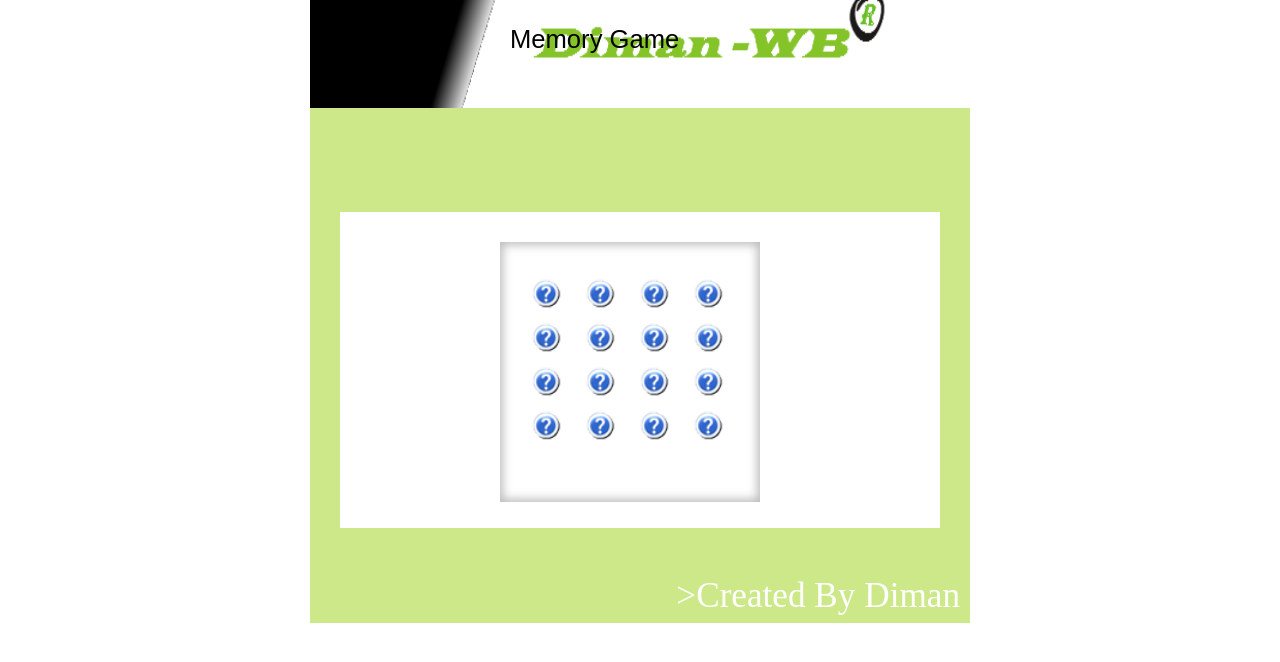
Repository: dn222em/1dv403-laborationer
Page: 3-gameon/index.html
The author's editor kept a record of every edit. The page is drawn from the files as they stood at one moment, then again after the next edit.
The browser window is 1280 px wide. The pictures show the whole page.

Above is the page before.

### 3-gameon/index.html
<!doctype html>
<html lang="sv">
<head>

        <meta charset="utf-8">
        <title>Game On</title>
        <link rel="stylesheet" href="style.css" />
        <!--<script type="text/javascript" src="memory/script/random.js"></script>-->
        <script type="text/javascript" src="memory/script/MemoryBoard.js"></script>

</head>
<body>
    <div id="container">
        <header>
			<h1>Memory Game</h1>
		</header>
    <main id="main">
        <div id="memoryBoard">
        </div>
                <br/>
        <div id="score">
        </div>
    </main>
            <footer id="footer"><p>>Created By Diman</p></footer>
    </div>
</body>

</html>

### 3-gameon/style.css



/*Reset-styleshhet
-----------------------------------------------------------------------------*/
/* http://meyerweb.com/eric/tools/css/reset/
   v2.0 | 20110126
   License: none (public domain)
*/

html, body, div, span, applet, object, iframe,
h1, h2, h3, h4, h5, h6, p, blockquote, pre,
a, abbr, acronym, address, big, cite, code,
del, dfn, em, img, ins, kbd, q, s, samp,
small, strike, strong, sub, sup, tt, var,
b, u, i, center,
dl, dt, dd, ol, ul, li,
fieldset, form, label, legend,
table, caption, tbody, tfoot, thead, tr, th, td,
article, aside, canvas, details, embed,
figure, figcaption, footer, header, hgroup,
menu, nav, output, ruby, section, summary,
time, mark, audio, video {
	margin: 0;
	padding: 0;
	border: 0;
	font-size: 100%;
	font: inherit;
	vertical-align: baseline;
}
 HTML5 display-role reset for older browsers
article, aside, details, figcaption, figure,
footer, header, hgroup, menu, nav, section {
	display: block;
}
body {
	line-height: 1;
}
ol, ul {
	list-style: none;
}
blockquote, q {
	quotes: none;
}
blockquote:before, blockquote:after,
q:before, q:after {
	content: '';
	content: none;
}
table {
	border-collapse: collapse;
	border-spacing: 0;
}
/*End of Reset - stylesheet
--------------------------------------------------------------------
/*CSS -Stylesheet
======================================================================================================*/
#container{
    width: 660px;
    height:auto;
	background-color:#cce889;/*#c2d8fc;*/
	margin:0 auto;
	padding:0;
	background-image:url("pics/20.png");
	background-repeat:no-repeat;
	background-size:660px 130px;
	margin-top:-22px;

}

h1{
	padding-top:40px;
	padding-left:200px;
	font-family:'arial';
	font-size:1.6em;
	line-height:1.7em;
}


#main {

	background-color: #FFF;
	width: 600px;
	margin:10px auto 10px auto;
	height:auto;
	margin-top:150px;
	padding-bottom:10px;
	padding-top:30px;

}




footer{
	margin-top:50px;
	clear:both;
}

footer p {
	font-family:'Pacifico', cursive;
	font-size:2.2em;
	text-align:right;
	color:#fff;
	margin:10px;
	padding-bottom:10px;
}

/*=============================memory board=========*/
#memoryBoard{
	width: 220px;
	height:220px;

	background-color:#fff;/*#e1e1e1;*/

	padding:20px 20px  20px 20px;
	margin-left:160px;
	padding-top:30px;
	padding-bottom:10px;

	box-shadow:3px 0px 8px  0px #bdbdbd inset;
	box-shadow:0px 0px 10px  3px #bdbdbd inset;
}


/*========================default pictures==============*/
.defaultPicture{
	cursor:pointer;
	float:left;
	padding-right:15px;
	padding-left:15px;
	padding-bottom:10px;
	padding-top:10px;
	width:24px;
	height:24px;
	-webkit-transform: scale(1.2);
    -moz-transform: scale(1.2);
    transform: scale(1.2);

}

.defaultPicture:hover{
	-webkit-transform: scale(1.4);
    -moz-transform: scale(1.4);
    transform: scale(1.4);
}
.defaultPicture:active{
	-webkit-transform: scale(1);
    -moz-transform: scale(1);
    transform: scale(1);
}

#score-holder{
	padding:20px 20px  20px 20px;
	padding-left:40px;
	font-family:'arial';
	font-size:1.3em;
	color:green;

}

### 3-gameon/memory/script/MemoryBoard.js
"use strict";
/* I denna fil körs vår applikation.
 * Vi använder window.onload för att starta applikationen när
 * fönstret laddat klart. *
 */
var MemoryBoard = {

    count : 0,

    init : function (){

        ++MemoryBoard.count;

        //Declare local variables
        var picture = null;
        var aTagg = null;
        var counter = 0;
        var countClicks = 0;
        var adder = 11;
        var pictures = [];
        var pictures1 =[];
        var multiPictures =[pictures, pictures1];
        var index;
        var delay = 200;
        var twoPictures = [];

        pushElements();
        randomImage();


        /*Method to create and push elements in the array and html- code */
        function pushElements(){

            for (var b=0; b<16; b++){
                aTagg = document.createElement("a");
                aTagg.id = "aTagg No"+ MemoryBoard.count;
                MemoryBoard.count++;
                aTagg.innerHTML;
                document.getElementById("memoryBoard").appendChild(aTagg);


            }
            MemoryBoard.count = 0;
            for (var i =0; i<16; i++){

                MemoryBoard.count++;

                picture = document.createElement("img");
                picture.setAttribute("src", "memory/pics/0.png");
                picture.setAttribute("onClick", "");
                picture.addEventListener("click", showImage);
                picture.id="picture No"+ MemoryBoard.count;
                picture.className="defaultPicture";
                picture.innerHTML;
                document.getElementById("aTagg No"+MemoryBoard.count).appendChild(picture);
            }
        }

        function showImage(str){

            ++countClicks;
           //Declare new variables
            var elementId = str.target.id;                          // Finds picture id
            console.log(elementId);
            var numberOfId =elementId.replace("picture No",'');     // Removes the number from id


            //Stop from changing the same picture. (look down for method giveNewId();)
            if(Number(numberOfId)>16){
                return;
            }

            var newPicture = document.getElementById(elementId);    // New variabel - new image

            for(var i=0; i<pictures.length; i++){

                if(multiPictures[1][i]==elementId){
                    newPicture.setAttribute("src", multiPictures[0][i]); // Change the picture with a random by giving a new attribute
                    index = i;
                    break;
                }
            }

            twoPictures.push(multiPictures[1][index]);              // Creates a new array with two images and two ID'es
            twoPictures.push(multiPictures[0][index]);
            newPicture.innerHTML;
            newPicture.id = giveNewId(elementId);                   // Giving new id with a bigger number (look if(Number(b)>16) some lines up)
           if(twoPictures.length === 4){
                freezePictures(str);
            }
            return countClicks;
        }

        /*Method to create an new array with all images*/
        function randomImage(){

            while(counter < 2){     //  It needs to run the //MemoryBoard.count-=MemoryBoard.count; and //randomImage(); statements twice
                ++counter;
                MemoryBoard.count -= MemoryBoard.count;

                for(var j =0; j<8;j++){ //Adding elements i arrayn
                    MemoryBoard.count++;
                    pictures.push("memory/pics/"+MemoryBoard.count+".png");
                }
            }
            MemoryBoard.count -= MemoryBoard.count;  //Adding ides in an array
            for(var k =0; k<pictures.length;k++){
                pictures1.push("picture No"+ ++MemoryBoard.count);
            }

            shuffleArray(pictures);
            /*
             * Randomize array element order in-place.
             * Using Fisher-Yates shuffle algorithm.
             */
            function shuffleArray(pictures) {
                for (var i = pictures.length - 1; i > 0; i--) {
                    var j = Math.floor(Math.random() * (i + 1));
                    var temp = pictures[i];
                    pictures[i] = pictures[j];
                    pictures[j] = temp;
                }
                return pictures;
            }
        }


        /*Method to change elemente's / picture's id */
        function giveNewId(str){

            // Declare new variables
            var oldId = str;
            var newId =oldId + adder;
            return newId;
        }

        function freezePictures(str){
            stopEventListener();
            var picture1 = null;
            var picture2 = null;

            /*
            If images are identical each other. Then remove them from arrayn and at the same time remove ID'es
            */
            if(twoPictures[1] === twoPictures[3]){
                console.log(twoPictures[1]+"  -  "+twoPictures[3]);
                multiPictures[0].splice(multiPictures[0].indexOf(twoPictures[1]),1);
                multiPictures[0].splice(multiPictures[0].indexOf(twoPictures[3]),1);
                multiPictures[1].splice(multiPictures[1].indexOf(twoPictures[0]),1);
                multiPictures[1].splice(multiPictures[1].indexOf(twoPictures[2]),1);

                console.log("Jajamen! Fortsätt så!");

                // Empty the array.
                while(twoPictures.length > 0) {
                    twoPictures.pop();}

                // Game ends right a cooment
                if (multiPictures[0].length<1 && multiPictures[1].length<1){

                    var p = document.createElement("p");
                    document.getElementById("score").appendChild(p);
                    var div = document.getElementById("score");
                    p.id = "score-holder";

                    if(countClicks > 32){
                        p.style.color="red";
                        p.innerHTML = "Skojar du! Du måste bli bättre! "+countClicks/2+" chanser är för mycket!";
                        return div.appendChild(p);
                    }
                    p.innerHTML = "Graaaaattttiiiiiiss! Du behövde bara "+countClicks/2+" chanser!";
                    div.appendChild(p);
                    return;
                }
                delay = 400;
                return setTimeout(function(){runEventListener(); },delay);
            }
            setTimeout(function(){

                    //If images are not identical each other. Then give default attribute
                    picture1= document.getElementById(twoPictures[0] + adder);//.getAttribute("src");
                    picture1.setAttribute("src", "memory/pics/0.png");
                    picture1.id = twoPictures[0];

                    picture2 = document.getElementById(twoPictures[2] + adder);
                    picture2.setAttribute("src", "memory/pics/0.png");
                    picture2.id = twoPictures[2];

                    //Empty arrayn
                    while(twoPictures.length > 0) {
                        twoPictures.pop();
                    }
                },delay);
            delay = 400;
            return setTimeout(function(){runEventListener(); },delay);
        }

        function stopEventListener(){
            for(var i=0; i<pictures.length; i++){
                var stopEvent = document.getElementsByClassName("defaultPicture")[i];
                stopEvent.removeEventListener("click", showImage);
            }
        }
        function runEventListener(){
            for(var i=0; i<pictures.length; i++){
                var addEvent = document.getElementsByClassName("defaultPicture")[i];
                addEvent.addEventListener("click", showImage);
            }
        }

    }
};

window.onload = MemoryBoard.init;

After the next edit:
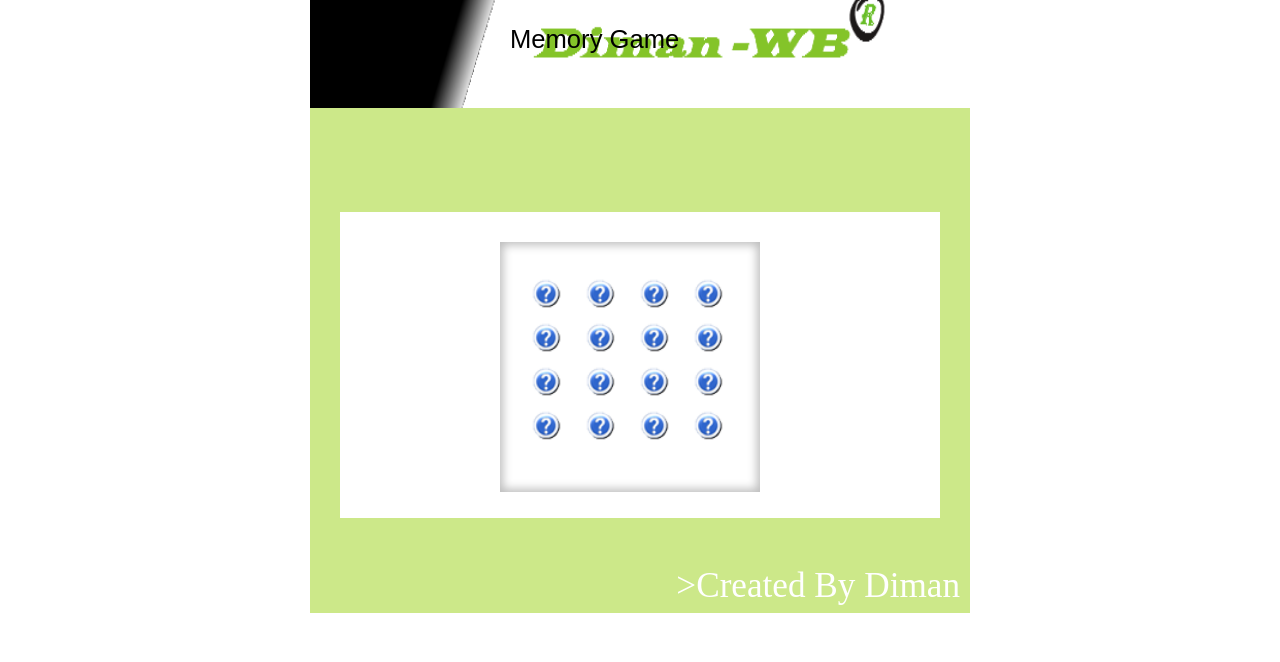
The edit:
--- a/3-gameon/style.css
+++ b/3-gameon/style.css
@@ -116,7 +116,7 @@
 	padding:20px 20px  20px 20px;
 	margin-left:160px;
 	padding-top:30px;
-	padding-bottom:10px;
+	padding-bottom:0px;
 
 	box-shadow:3px 0px 8px  0px #bdbdbd inset;
 	box-shadow:0px 0px 10px  3px #bdbdbd inset;
